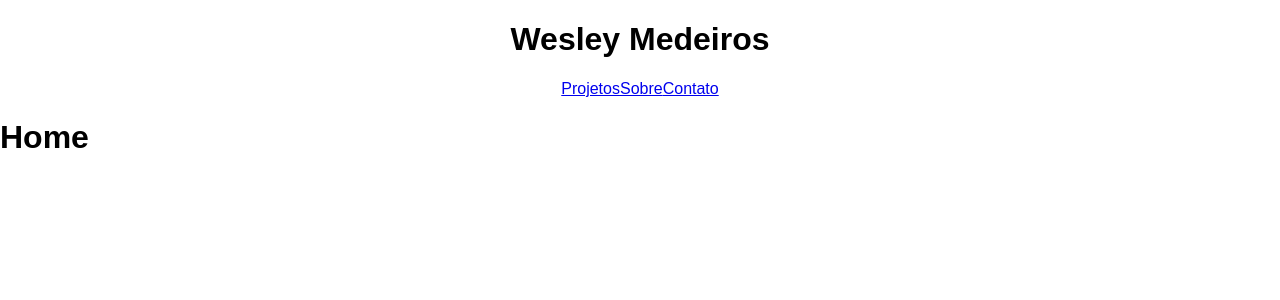
Repository: Luandro-com/wmedeiros
Page: /
These files come from the project's save history. The page is drawn as it stood at one moment and after the next save; the edit follows.
The browser window is 1280 px wide. The pictures show the whole page.
The project was rebuilt for these pictures with package versions that can differ from the ones it lists, and the page was loaded fresh each time. Also part of the build but not shown: src/components/About.js, src/components/Contact.js.

Above is the page before, as saved 2018-01-30 16:55:07.

After the next save:
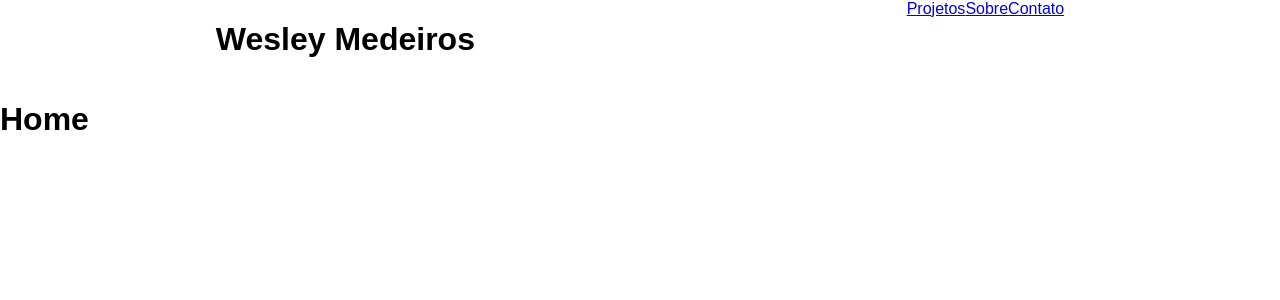
Saved 40 s later.
--- a/src/components/Header.css
+++ b/src/components/Header.css
@@ -1,3 +1,4 @@
 .Header {
-  text-align: center;
+  display: flex;
+  justify-content: space-around;
 }
